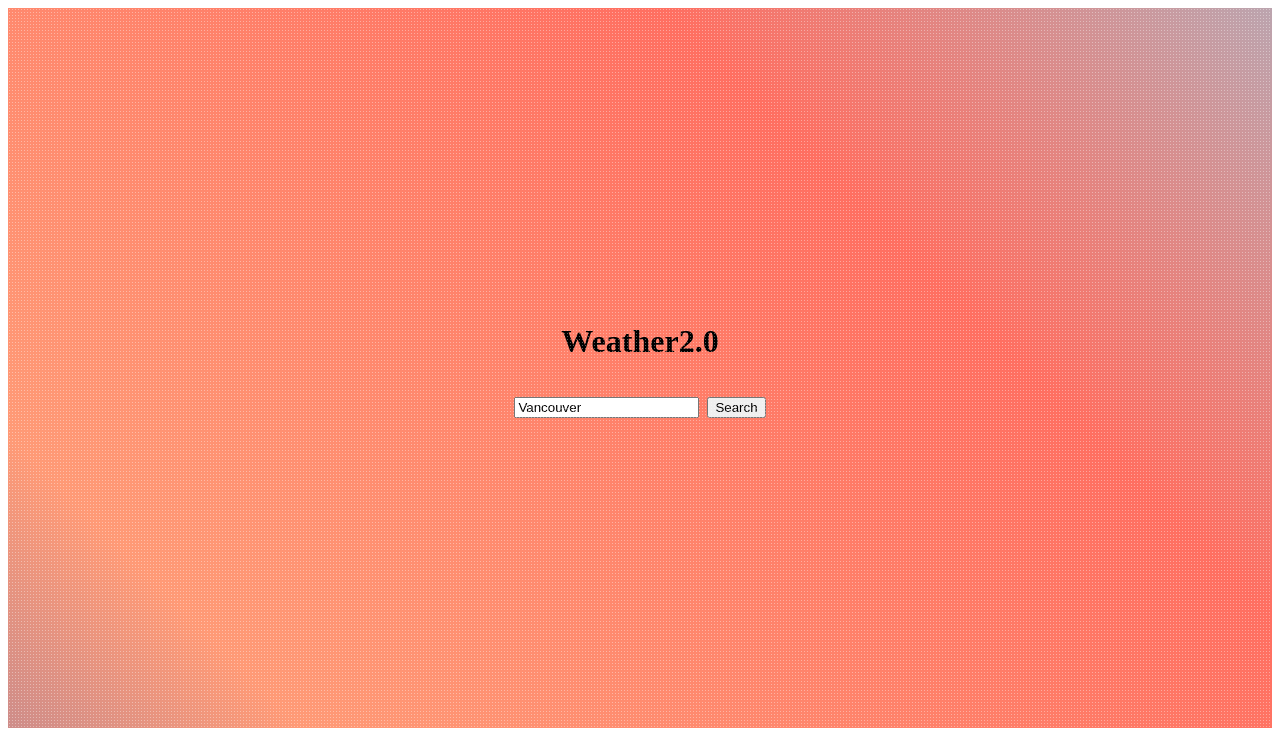
Repository: schwendyjr/COMP3170-Project
Page: /
The author's editor kept a copy of each file at every save. The page is drawn from the files as they stood at one save, then again after the next save.
The browser window is 1280 px wide. The pictures show the whole page.
The page's requests for data from a server got no answer. The project was rebuilt for these pictures with package versions that can differ from the ones it lists, and the page was loaded fresh each time. The framework's server and built-in components were replaced by stand-ins that run in the browser. No one was signed in, and anything a server would have sent is missing. Also part of the build but not shown: utils/formatDate.js, components/WeatherCardItem.js, components/Forecast.js.

Above is the page before, as saved 2024-12-03 20:40:15.

After the next save:
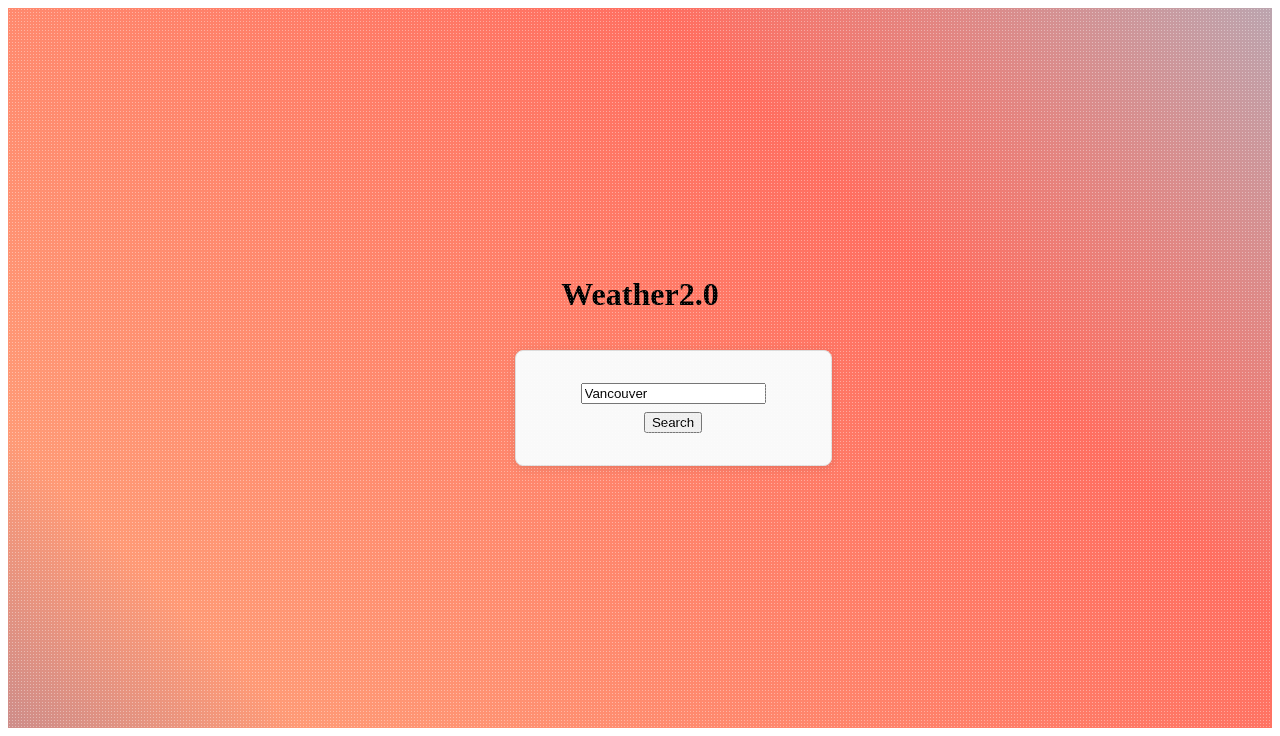
Saved 53 s later.
--- a/styles/Home.module.css
+++ b/styles/Home.module.css
@@ -125,6 +125,15 @@ pointer-events: none;
   margin: 1rem 0;
   align-items: center;
   justify-content: center;
+
+  flex-direction: column; /* Stack input and button */
+  padding: 2rem;
+  width: 100%;
+  max-width: 400px; /* Limit form width */
+  border: 1px solid #ddd;
+  border-radius: 8px;
+  box-shadow: 0 2px 10px rgba(0, 0, 0, 0.1);
+  background-color: #f9f9f9;
 }
 
 .searchInput {
